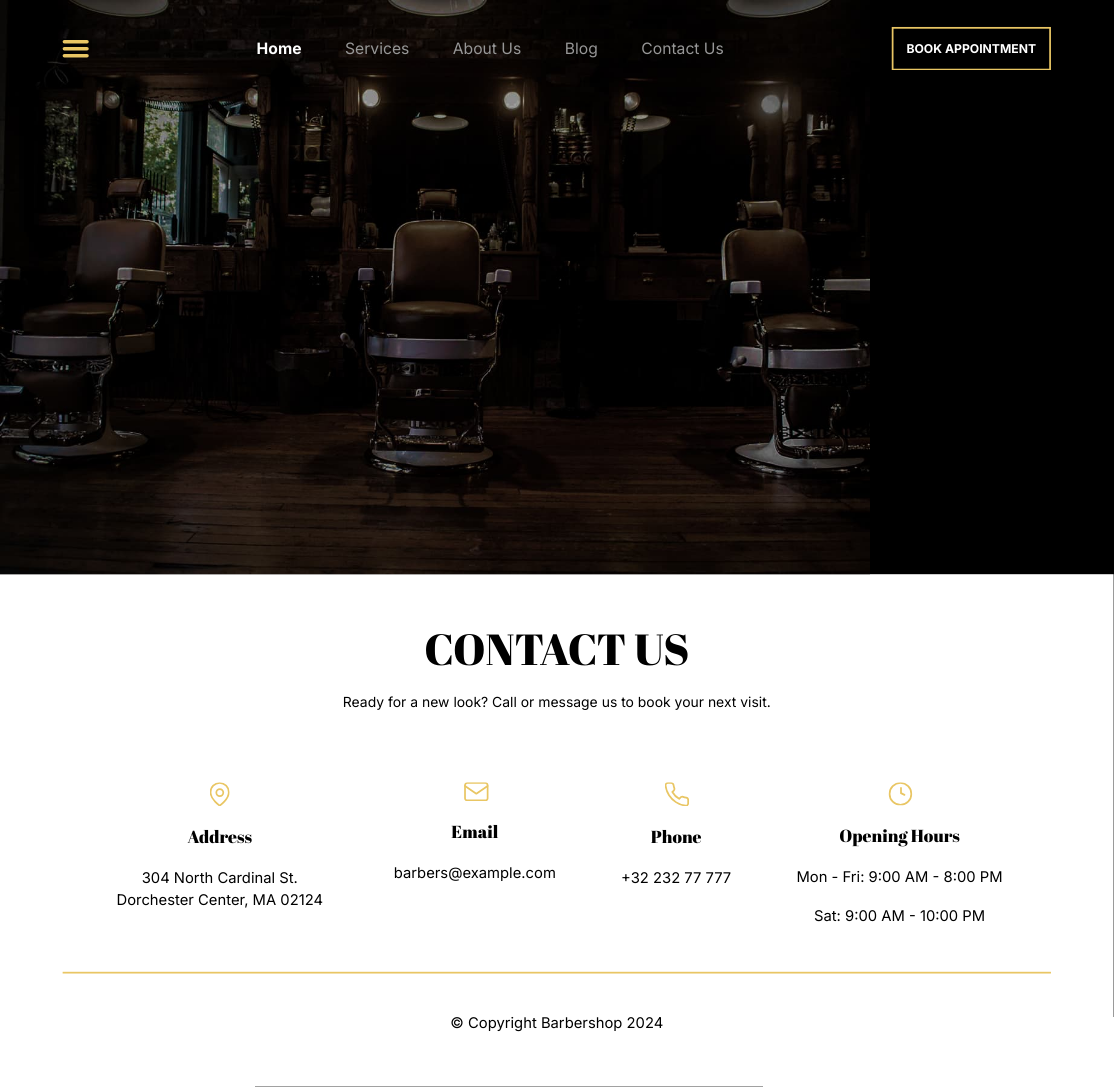
Repository: BogdanLazebnika/barbershop
Page: http://localhost/
An editor plug-in stored every save of this project. The page is shown before and after the next save, followed by the edit.
The browser window is 1280 px wide. The pictures show the whole page, at 87% of full size.
The page is run by PHP 8.4 with error messages shown; the project is at /var/www/html/.

Above is the page before, as saved 2025-07-16 18:43:31.

After the next save:
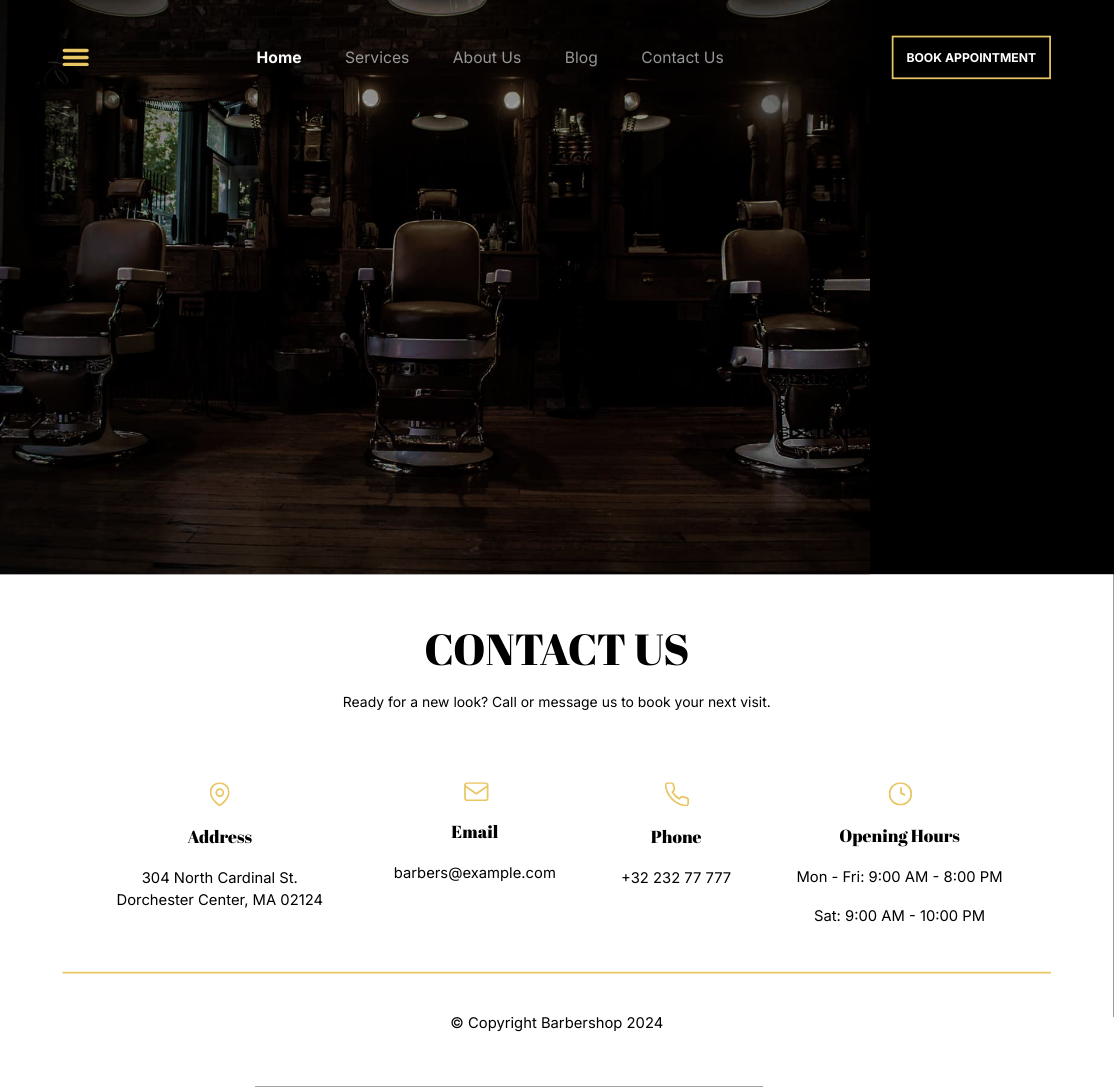
Saved 7 s later.
--- a/assets/css/header.css
+++ b/assets/css/header.css
@@ -170,9 +170,7 @@
 
 
 @media screen and (min-width: 1023px) {
-    .header{
-        height: 72px;
-    }
+    b
 }
 
 
